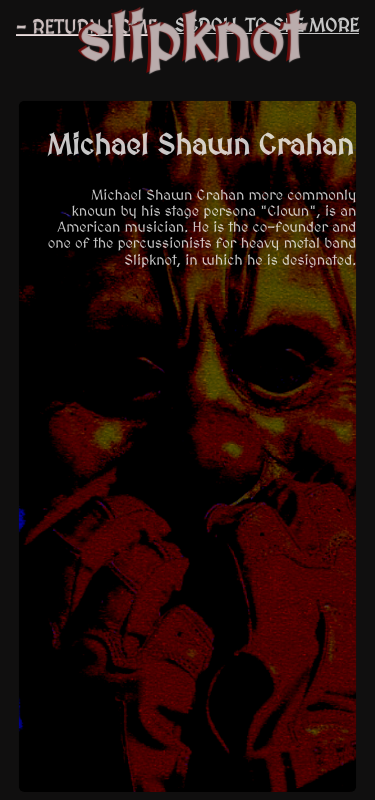
Repository: larissioana/artist-portfolio
Page: /band
An editor plug-in stored every save of this project. The page is shown before and after the next save, followed by the edit.
The browser window is 375 px wide. The pictures show the whole page.
The project was rebuilt for these pictures with package versions that can differ from the ones it lists, and the page was loaded fresh each time. Also part of the build but not shown: vite.config.js, src/components/albums/albums.scss, src/utils/discography.js, src/components/modal/modal.scss, src/components/pageTransition/PageTransition.jsx, src/components/modal/Modal.jsx, src/components/albums/AlbumsPage.jsx, src/components/navigation/navigation.scss and 10 more.

Above is the page before, as saved 2024-11-04 10:47:40.

After the next save:
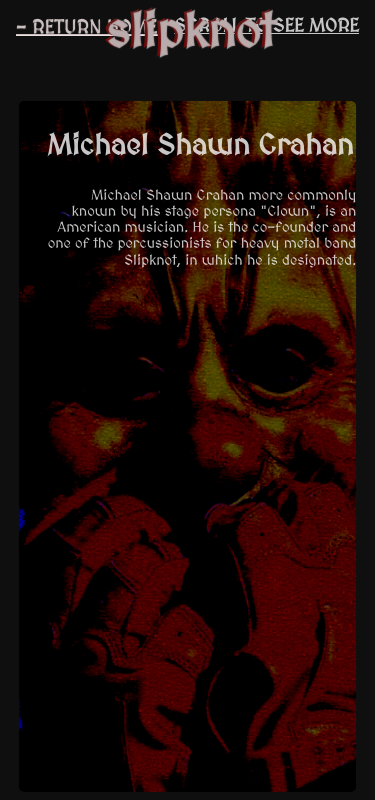
Saved 60 s later.
--- a/src/components/title/title.css
+++ b/src/components/title/title.css
@@ -22,3 +22,11 @@
       text-shadow: 3px 1px 1px rgb(172, 14, 14);
       text-shadow: 3px 1px 1px rgb(186, 172, 172);
     }
+
+    @media screen and (max-width: 600px)
+    {
+        .logo
+        {
+            font-size: 3rem!important;
+        }
+    }

After the 2 saves that followed:
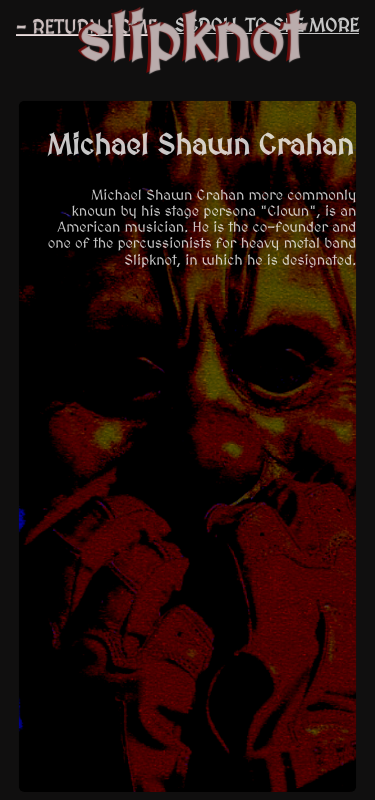
The 2 saves are shown as one change because they came seconds apart.
The last was saved 105 s later.
--- a/src/components/title/title.css
+++ b/src/components/title/title.css
@@ -22,11 +22,3 @@
       text-shadow: 3px 1px 1px rgb(172, 14, 14);
       text-shadow: 3px 1px 1px rgb(186, 172, 172);
     }
-
-    @media screen and (max-width: 600px)
-    {
-        .logo
-        {
-            font-size: 3rem!important;
-        }
-    }
